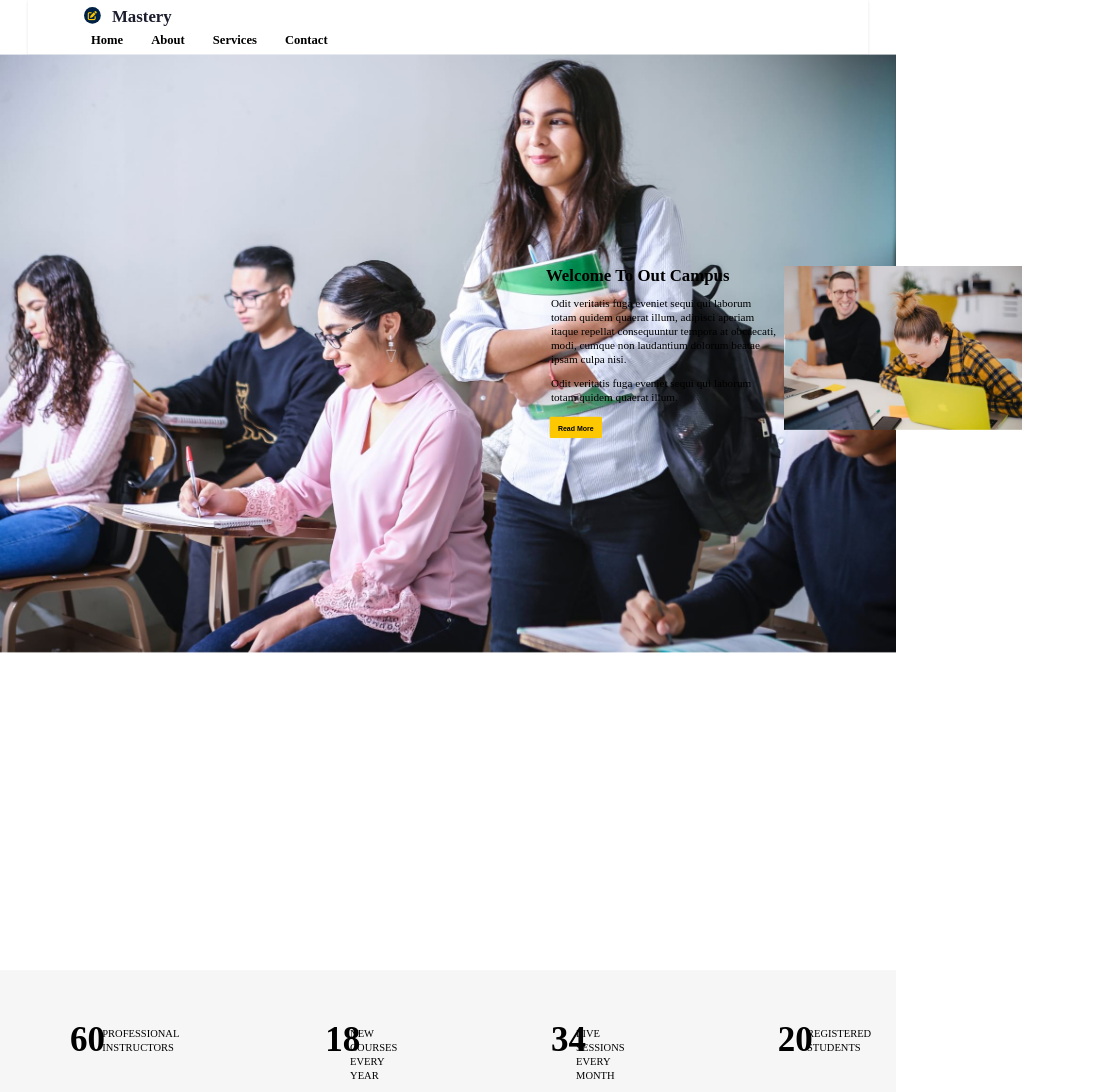
Repository: trminhphuc1504/Mastery
Page: index.html
These files come from the project's save history. The page is drawn as it stood at one moment and after the next save; the edit follows.
The browser window is 1280 px wide. The page is 1600 px wide, then 1358 px, so the pictures cover 1600 px, including what lies to the right of the window. The pictures show the part of the page from y = 0 to 1560 px (the page is 1876 px tall before and 3006 px after), at 70% of full size.
Some web libraries are served in a nearby version.

Above is the page before, as saved 2024-08-24 13:38:59.

After the next save:
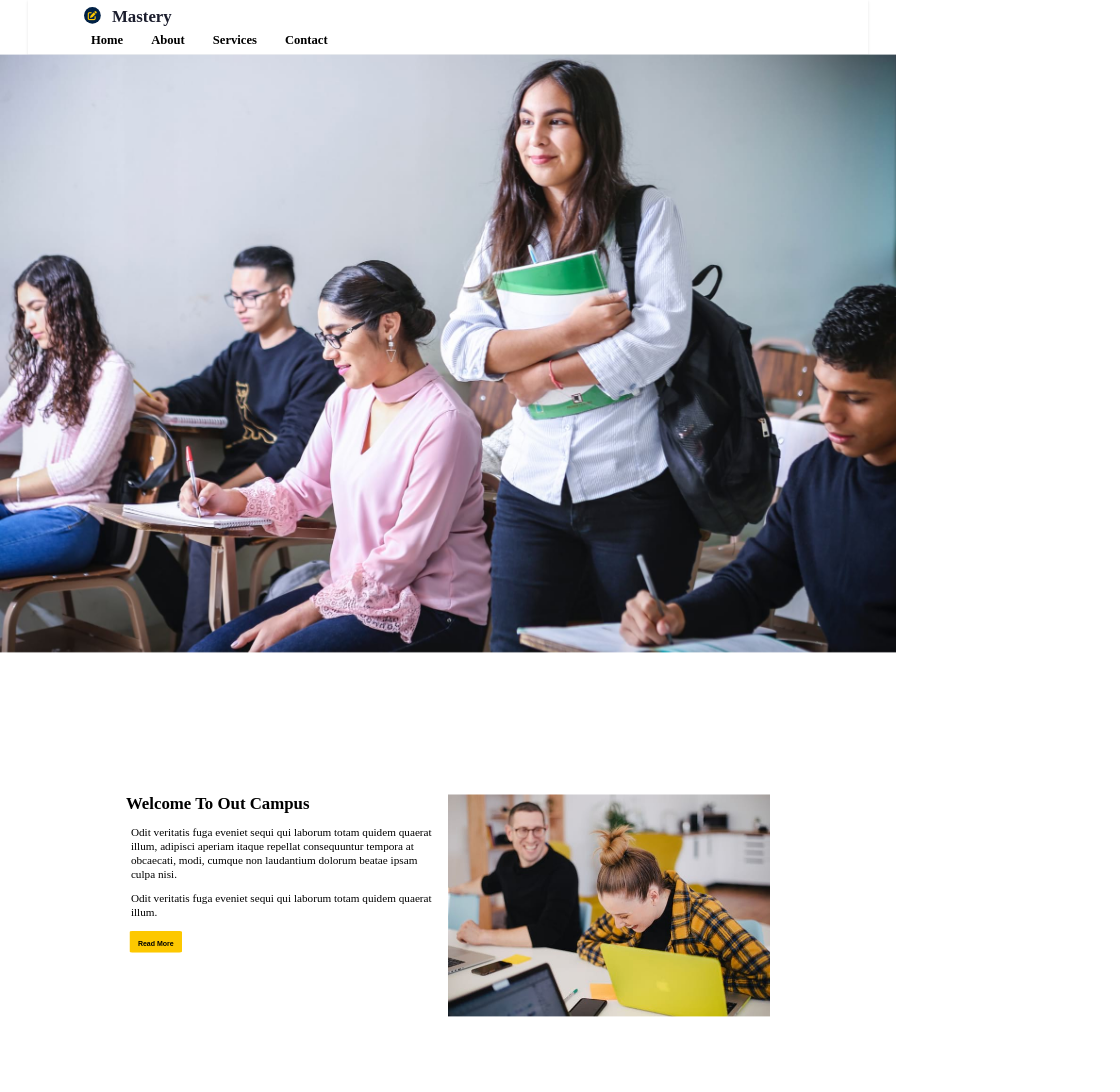
Saved 2 min 5 s later.
--- a/css/style.css
+++ b/css/style.css
@@ -184,7 +184,11 @@ header{
 /* Banner */
 #banner .banner-container{
     padding:20px;
-    position:relative;
+    display: flex;
+    justify-content:center;
+    align-items:center;
+    height: 100vh;
+
 }
 
 #banner .banner-content{
@@ -194,11 +198,6 @@ header{
     --number-item:4;
     --gap:30px;
     gap:var(--gap);
-    width:75%;
-    position: absolute;
-    left: 50%;
-    top:50%;
-    transform: translate(-50%;-50%);
 
 }
 
